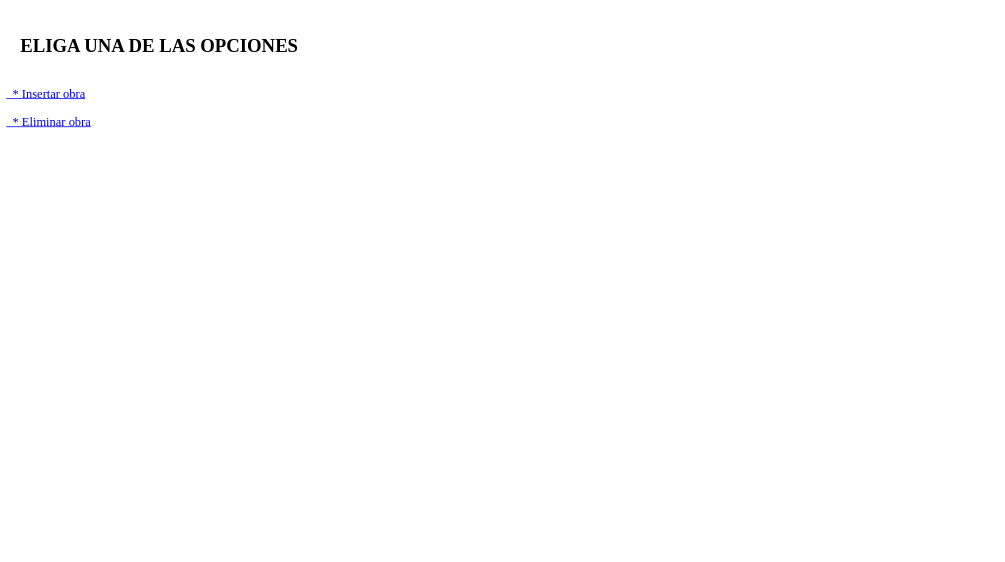
Repository: jluislechado/practicaGaleria
Page: plantillas/_previsualizar.html
The author's editor kept a record of every edit. The page is drawn from the files as they stood at one moment, then again after the next edit.
The browser window is 1280 px wide. The page is 1280 px wide, then 1288 px, so the pictures cover 1288 px, including what lies to the right of the window. The pictures show the whole page, at 78% of full size.

Above is the page before.

After the next edit:
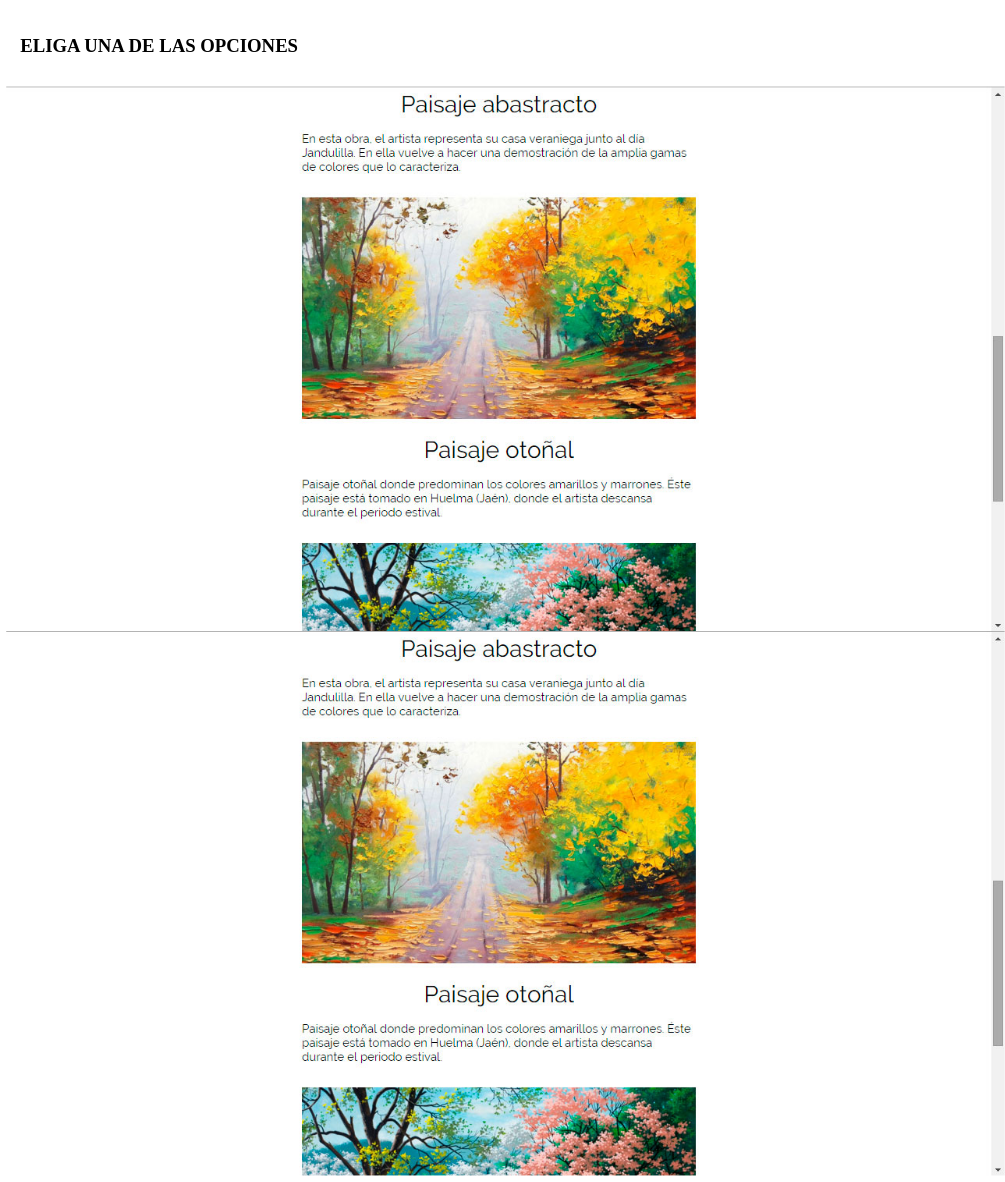
The edit:
--- a/plantillas/_previsualizar.html
+++ b/plantillas/_previsualizar.html
@@ -1,3 +1,3 @@
 <br/><h2 id="tituloPre">&nbsp;&nbsp;&nbsp;ELIGA UNA DE LAS OPCIONES</h2><br/>
-<a href="../artista/index.php?op=elegir">&nbsp;&nbsp;*&nbsp;Insertar obra</a><br/><br/>
-<a href="../artista/index.php?op=elegir">&nbsp;&nbsp;*&nbsp;Eliminar obra</a><br/><br/>
+<div id="capa1"><a href="../artista/index.php?op=elegir"><img src="../imagenes/plantilla1.jpg"/></a></div>
+<div id="capa2"><a href="../artista/index.php?op=elegir"><img src="../imagenes/plantilla1.jpg"/></a></div>
